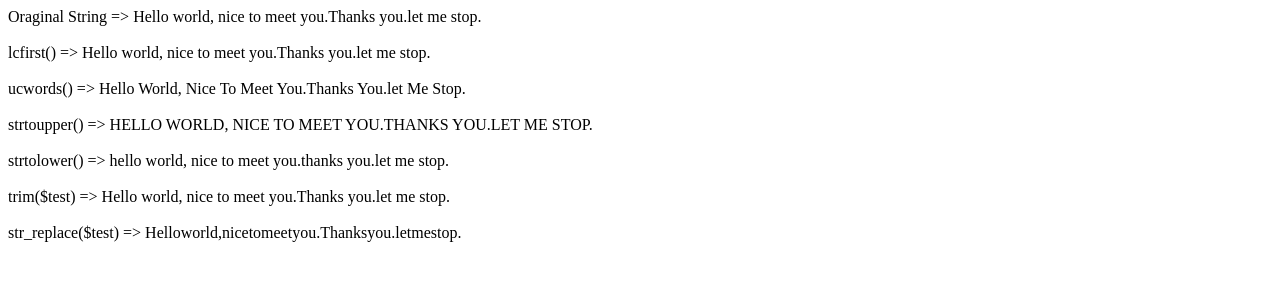
Repository: zinminkhantoo/assignment01
Page: http://localhost/String/printf_fprintf.php
An editor plug-in stored every save of this project. The page is shown before and after the next save, followed by the edit.
The browser window is 1280 px wide. The pictures show the whole page.
The page is run by PHP 8.4 with error messages shown; the project is at /var/www/html/.

Above is the page before, as saved 2020-04-12 10:16:51.

### Test/String/printf_fprintf.php
<?php
    $test = " Hello world, nice to meet you.Thanks you.let me stop. ";
    $enter = "</br></br>";
    echo "Oraginal String =>".$test.$enter;
    echo "lcfirst() => ".lcfirst($test).$enter;
    echo "ucwords() => " .ucwords($test).$enter;
    echo "strtoupper() => ".strtoupper($test).$enter;
    echo "strtolower() => ".strtolower($test).$enter;
    echo 'trim($test) => '.trim($test," ").$enter;
    echo 'str_replace($test) => '.str_replace(" ", "", $test).$enter;


?>

After the next save:
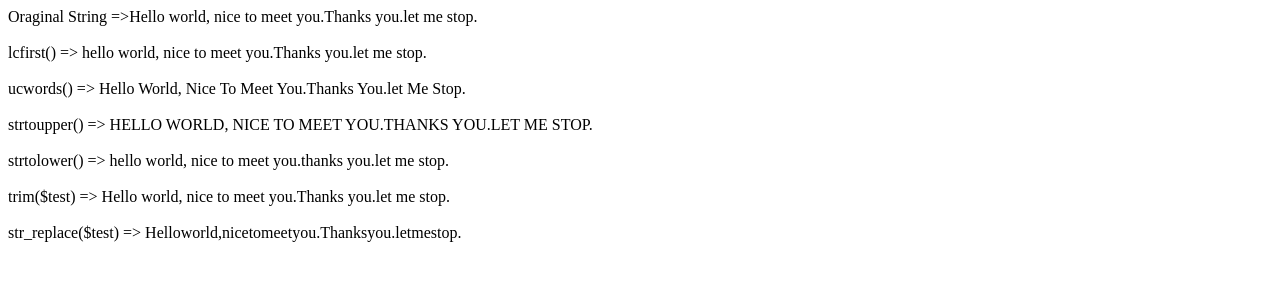
Saved 12 s later.
--- a/Test/String/printf_fprintf.php
+++ b/Test/String/printf_fprintf.php
@@ -1,5 +1,5 @@
 <?php
-    $test = " Hello world, nice to meet you.Thanks you.let me stop. ";
+    $test = "Hello world, nice to meet you.Thanks you.let me stop. ";
     $enter = "</br></br>";
     echo "Oraginal String =>".$test.$enter;
     echo "lcfirst() => ".lcfirst($test).$enter;
